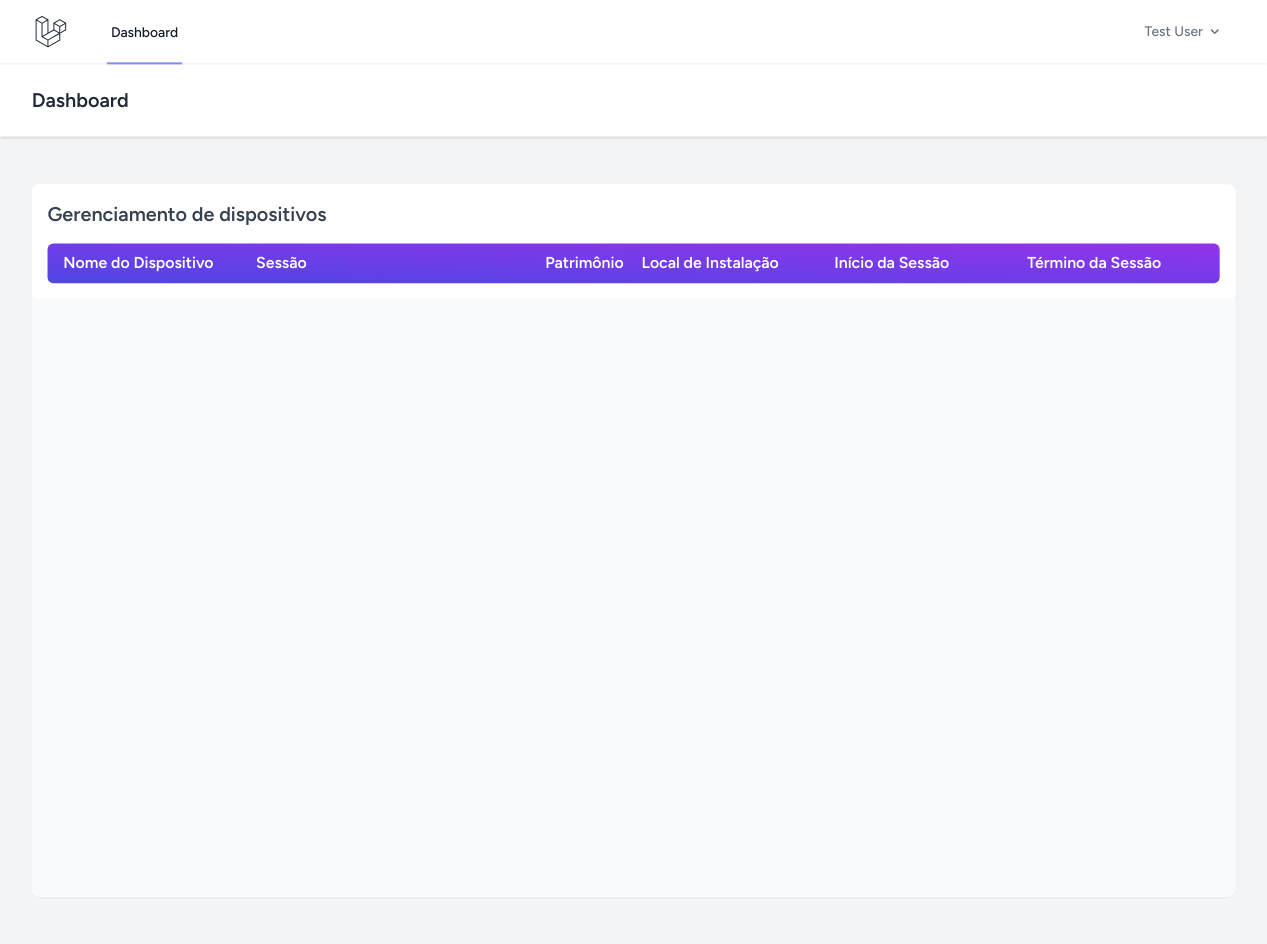
Repository: CrisMorgantee/device-logs
Page: http://localhost/dashboard
An editor plug-in stored every save of this project. The page is shown before and after the next save, followed by the edit.
The browser window is 1280 px wide. The pictures show the whole page, at 99% of full size.
The page is served by the project's Laravel application, run on PHP 8.4 with Laravel 10. A made-up administrator, Test User (test@example.com), is signed in. Other server files are loaded and not shown. Style sheets and scripts are compiled from the project's sources, by tool versions that may differ from the author's. Queries for data that is not in the repository find no rows.

Above is the page before, as saved 2023-04-14 22:39:02.

### routes/web.php
<?php

use App\Http\Controllers\ProfileController;
use App\Http\Controllers\DeviceLogsController;
use Illuminate\Support\Facades\Route;

/*
|--------------------------------------------------------------------------
| Web Routes
|--------------------------------------------------------------------------
|
| Here is where you can register web routes for your application. These
| routes are loaded by the RouteServiceProvider and all of them will
| be assigned to the "web" middleware group. Make something great!
|
*/

Route::get('/', function () {
    return view('auth.login');
});

Route::get('/dashboard', [DeviceLogsController::class, 'index'])->middleware(['auth', 'verified'])->name('dashboard');

Route::middleware('auth')->group(function () {
    Route::get('/profile', [ProfileController::class, 'edit'])->name('profile.edit');
    Route::patch('/profile', [ProfileController::class, 'update'])->name('profile.update');
    Route::delete('/profile', [ProfileController::class, 'destroy'])->name('profile.destroy');
});

require __DIR__.'/auth.php';

### app/Http/Controllers/DeviceLogsController.php
<?php

namespace App\Http\Controllers;

use App\Models\DeviceLogs;
use Illuminate\Http\Request;

class DeviceLogsController extends Controller
{
    /**
     * Display a listing of the resource.
     */
    public function index()
    {
        $logs = DeviceLogs::all();

        return view('dashboard', ['logs' => $logs]);
    }

    /**
     * Show the form for creating a new resource.
     */
    public function create()
    {
        //
    }

    /**
     * Store a newly created resource in storage.
     */
    public function store(Request $request)
    {
        //
    }

    /**
     * Display the specified resource.
     */
    public function show(DeviceLogs $deviceLogs)
    {
        //
    }

    /**
     * Show the form for editing the specified resource.
     */
    public function edit(DeviceLogs $deviceLogs)
    {
        //
    }

    /**
     * Update the specified resource in storage.
     */
    public function update(Request $request, DeviceLogs $deviceLogs)
    {
        //
    }

    /**
     * Remove the specified resource from storage.
     */
    public function destroy(DeviceLogs $deviceLogs)
    {
        //
    }
}

### app/Models/DeviceLogs.php
<?php

namespace App\Models;

use Illuminate\Database\Eloquent\Factories\HasFactory;
use Illuminate\Database\Eloquent\Model;

class DeviceLogs extends Model
{
    use HasFactory;

    public $fillable = [
        'machine_name',
        'session',
        'patrimony',
        'location'
    ];


    protected $dates = [
      'start_session_at',
      'end_session_at'
  ];

}

### resources/views/dashboard.blade.php
<x-app-layout>
  <x-slot name="header">
    <h2 class="text-xl font-semibold leading-tight text-gray-800">
      {{ __('Dashboard') }}
    </h2>
  </x-slot>

  <div class="py-12">
    <div class="mx-auto max-w-7xl sm:px-6 lg:px-8">
      <div class="overflow-hidden bg-white shadow-sm sm:rounded-lg">
        <div class="min-h-screen bg-gray-50">
          <div class="rounded-md bg-white p-4">
            <h2 class="mb-4 text-xl font-bold text-gray-700">Gerenciamento de dispositivos</h2>

            <div
              class="text-md grid grid-cols-12 gap-4 rounded-md bg-gradient-to-tr from-indigo-600 to-purple-600 py-2 px-4 font-bold text-white">
              <div class="col-span-2">
                <span>Nome do Dispositivo</span>
              </div>
              <div class="col-span-3">
                <span>Sessão</span>
              </div>
              <div class="col-span-1">
                <span>Patrimônio</span>
              </div>
              <div class="col-span-2">
                <span>Local de Instalação</span>
              </div>
              <div class="col-span-2">
                <span>Início da Sessão</span>
              </div>
              <div class="col-span-2">
                <span>Término da Sessão</span>
              </div>
            </div>
            <div>
              @foreach ($logs as $deviceLog)
                <div class="mt-4 flex justify-between space-x-4 border-t text-sm font-normal">
                  <div class="flex px-2">
                    <span>{{ $deviceLog->machine_name }}</span>
                  </div>
                  <div>
                    <span>{{ $deviceLog->session }}</span>
                  </div>
                  <div class="px-2">
                    <span>{{ $deviceLog->patrimony }}</span>
                  </div>
                  <div class="px-2">
                    <span>{{ $deviceLog->location }}</span>
                  </div>
                  <div class="px-2">
                    <span>{{ $deviceLog->start_session_at }}</span>
                  </div>
                  <div class="px-2">
                    <span>{{ $deviceLog->end_session_at }}</span>
                  </div>
                </div>
              @endforeach
            </div>
          </div>
        </div>
      </div>
    </div>

</x-app-layout>

Loaded but not shown: app/Providers/AppServiceProvider.php (common file); routes/auth.php (common file); app/Http/Controllers/Auth/EmailVerificationPromptController.php (common file); app/Http/Controllers/Controller.php (common file); app/Http/Controllers/Auth/VerifyEmailController.php (common file); app/Models/User.php (common file); app/View/Components/AppLayout.php (common file); resources/views/layouts/app.blade.php (common file); resources/views/layouts/navigation.blade.php (common file); resources/views/components/application-logo.blade.php (common file); resources/views/components/nav-link.blade.php (common file); resources/views/components/dropdown-link.blade.php (common file); resources/views/components/dropdown.blade.php (common file); resources/views/components/responsive-nav-link.blade.php (common file); resources/css/app.css (common file); tailwind.config.js (common file); resources/js/app.js (common file); resources/js/bootstrap.js (common file)

After the next save:
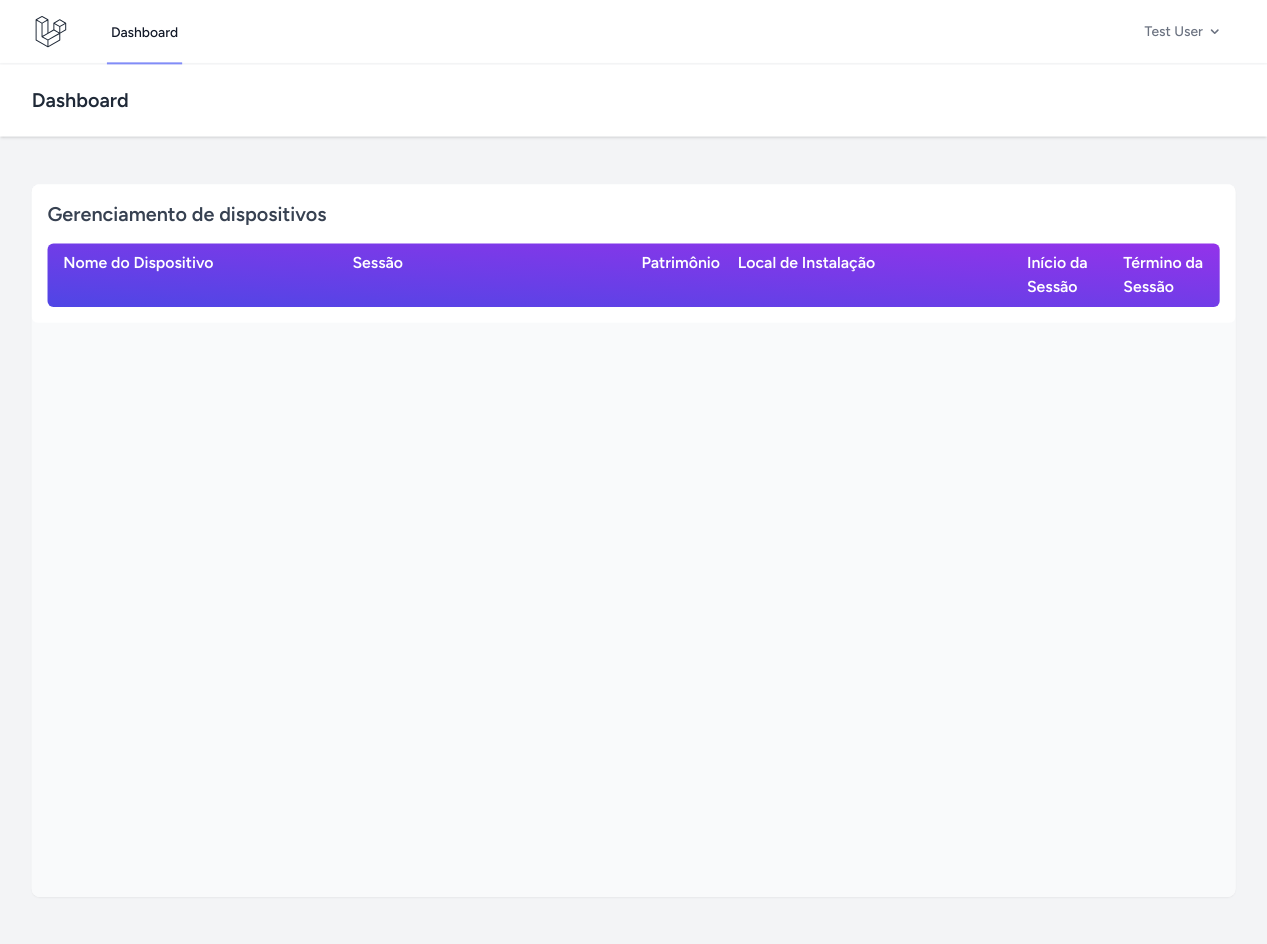
Saved 24 s later.
--- a/resources/views/dashboard.blade.php
+++ b/resources/views/dashboard.blade.php
@@ -14,7 +14,7 @@
 
             <div
               class="text-md grid grid-cols-12 gap-4 rounded-md bg-gradient-to-tr from-indigo-600 to-purple-600 py-2 px-4 font-bold text-white">
-              <div class="col-span-2">
+              <div class="col-span-3">
                 <span>Nome do Dispositivo</span>
               </div>
               <div class="col-span-3">
@@ -23,13 +23,13 @@
               <div class="col-span-1">
                 <span>Patrimônio</span>
               </div>
-              <div class="col-span-2">
+              <div class="col-span-3">
                 <span>Local de Instalação</span>
               </div>
-              <div class="col-span-2">
+              <div class="col-span-1">
                 <span>Início da Sessão</span>
               </div>
-              <div class="col-span-2">
+              <div class="col-span-1">
                 <span>Término da Sessão</span>
               </div>
             </div>
